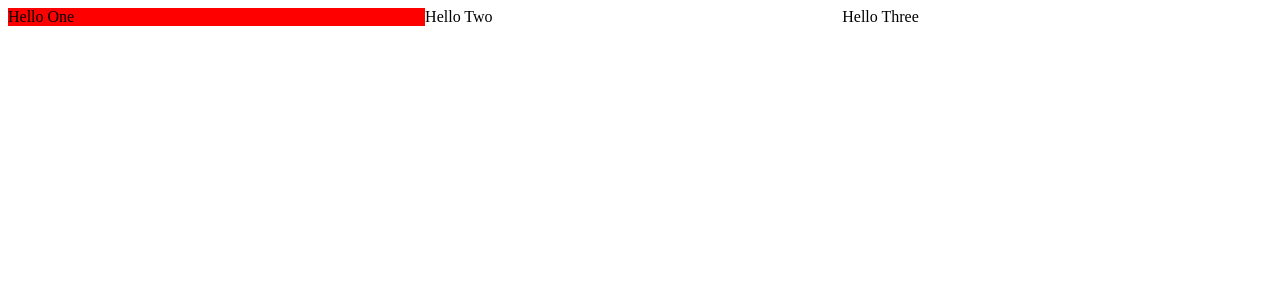
Repository: KarissaCummings1/nycod14-class-demo
Page: index.2.html
The author's editor kept a record of every edit. The page is drawn from the files as they stood at one moment, then again after the next edit.
The browser window is 1280 px wide. The pictures show the whole page.

Above is the page before.

### index.2.html
<!DOCTYPE html>
<html>
    <head>
        <title>Example Page 2</title>
        <style>
            .container {
                display: flex;
                flex-direction: row;
            }
            .hello {
                width: 33%;
            }
            .hello:first-child {
                background-color: red;
            }
        </style>
    </head>
    <body>
        <div class="container">
            <div class="hello">Hello One</div>
            <div class="hello">Hello Two</div>
            <div class="hello">Hello Three</div>
        </div>
    </body>
</html>

After the next edit:
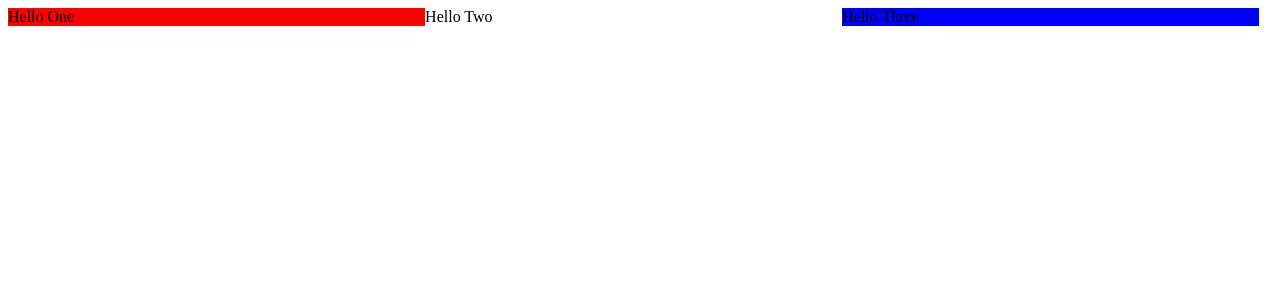
The edit:
--- a/index.2.html
+++ b/index.2.html
@@ -13,6 +13,9 @@
             .hello:first-child {
                 background-color: red;
             }
+            .hello:last-child {
+                background-color: blue;
+            }
         </style>
     </head>
     <body>
